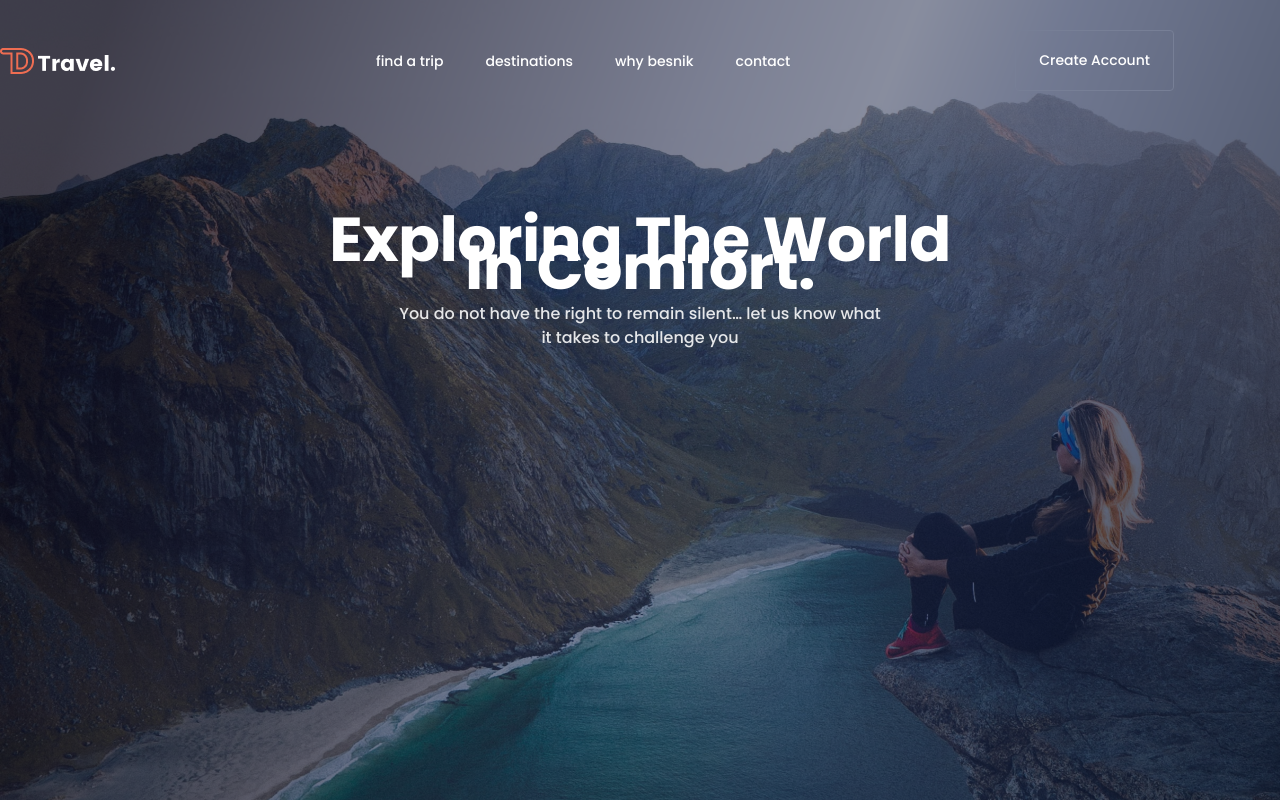
Repository: hoang0508/LandingPage-CodeTravel2
Page: index.html
An editor plug-in stored every save of this project. The page is shown before and after the next save, followed by the edit.
The browser window is 1280 px wide. The pictures show the whole page.
The style sheet was rebuilt from its Sass, Less or Tailwind sources for each picture, by a compiler version that may differ from the author's.

Above is the page before, as saved 2022-09-15 16:03:07.

After the next save:
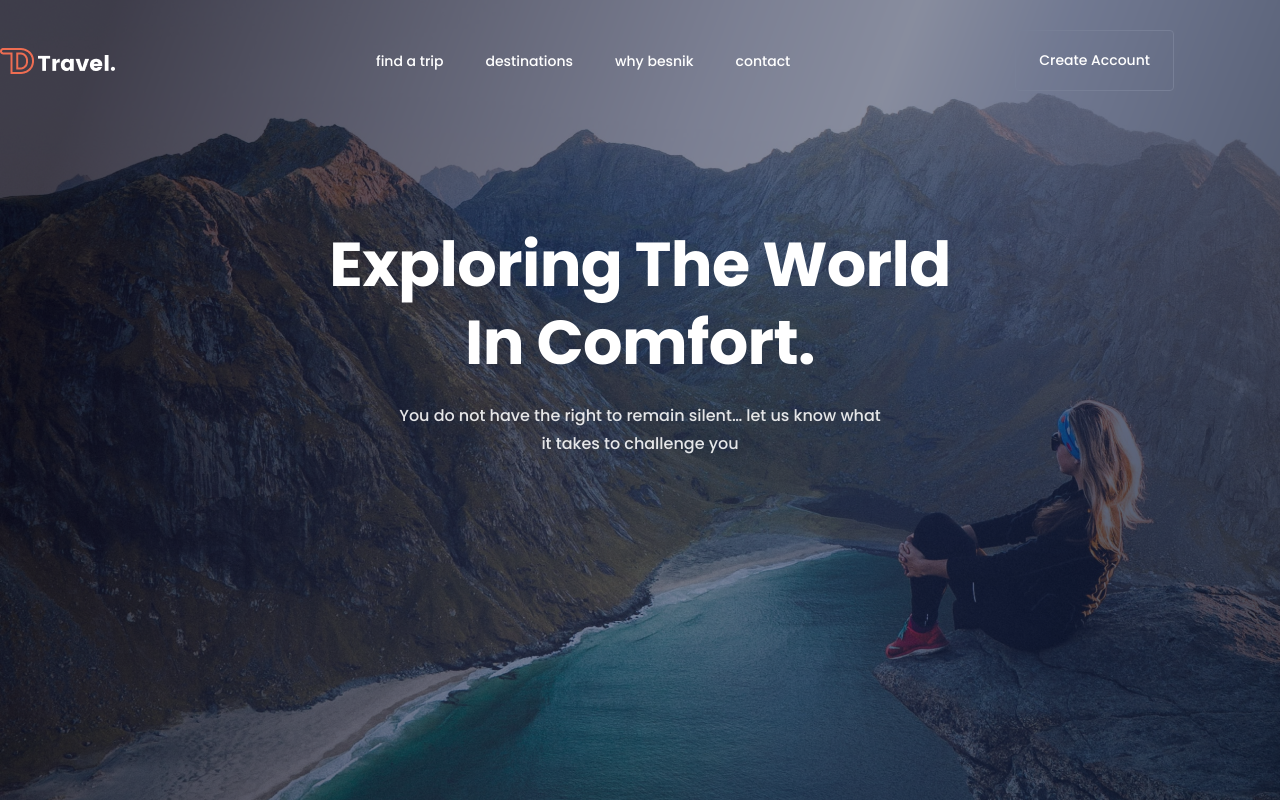
Saved 13 s later.
--- a/sass/_header.scss
+++ b/sass/_header.scss
@@ -37,7 +37,6 @@
       margin-bottom: 20px;
       letter-spacing: -0.01em;
       line-height: 78px;
-      line-height: 28px;
     }
     &--desc {
       max-width: 493px;
@@ -46,6 +45,7 @@
       font-weight: 500;
       mix-blend-mode: normal;
       opacity: 0.88;
+      line-height: 28px;
     }
   }
 }
